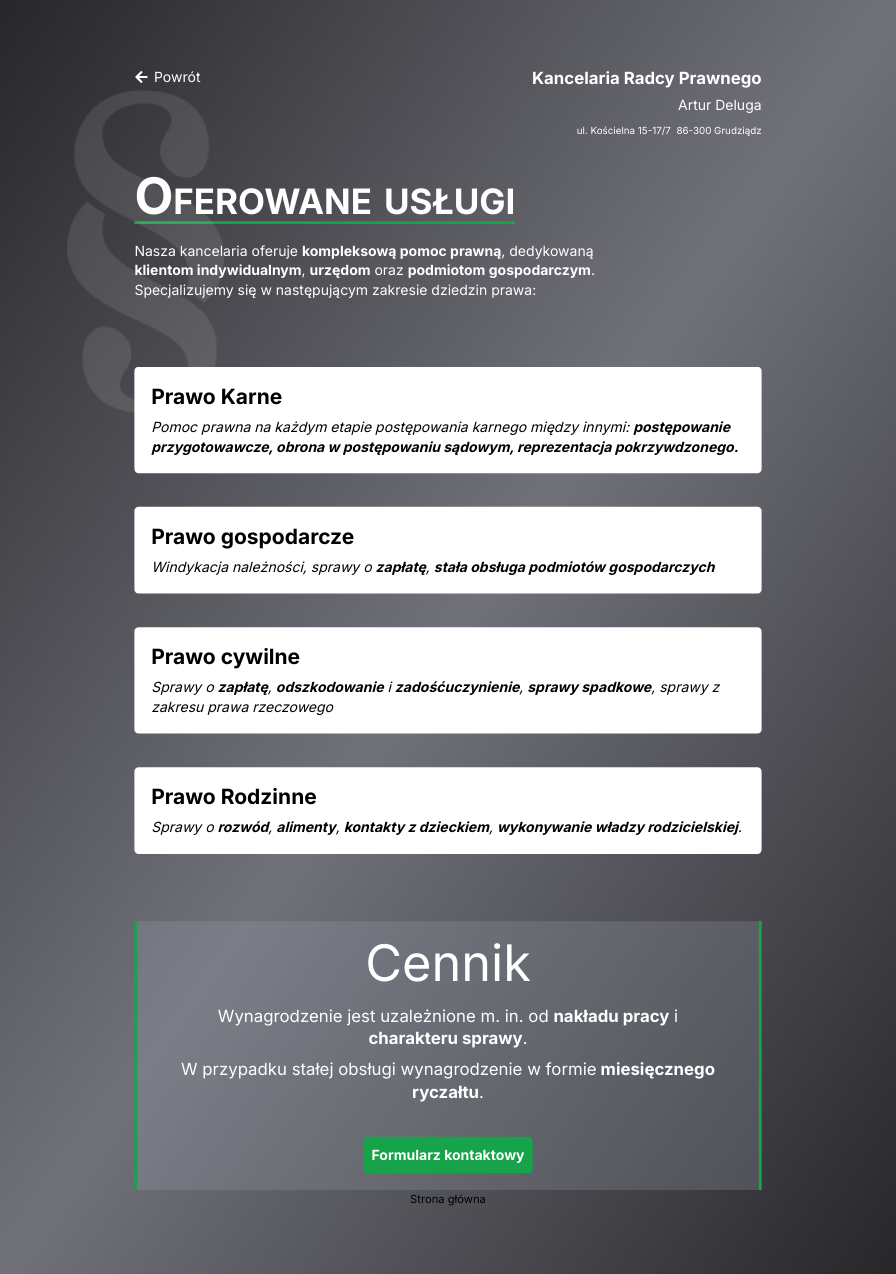
Repository: wesiudev/kancelaria-artur-deluga
Page: /oferta
The author's editor kept a copy of each file at every save. The page is drawn from the files as they stood at one save, then again after the next save.
The browser window is 1280 px wide. The pictures show the whole page, at 70% of full size.
The project was rebuilt for these pictures with package versions that can differ from the ones it lists, and the page was loaded fresh each time. The framework's server and built-in components were replaced by stand-ins that run in the browser. Also part of the build but not shown: next.config.js.

Above is the page before, as saved 2023-08-09 17:25:20.

### app/layout.tsx
import "./globals.css";
import type { Metadata } from "next";
import { Inter } from "next/font/google";

const inter = Inter({ subsets: ["latin"] });

export const metadata: Metadata = {
  title: "Kancelaria Radcy Prawnego Artur Deluga",
  description:
    "Kancelaria Radcy Prawnego Grudziądz Prawo Karne, Pracwo cywilne, Prawo gospodarcze, Prawo Rodzinne. ul. Kościelna 15-17/7 86-300 Grudziądz. Pomoc prawna na każdym etapie postępowania karnego (postępowanie przygotowawcze, obrona w postępowaniu sądowym, reprezentacja pokrzywdzonego, etc.)",
  viewport: "width=device-width, initial-scale=1",
  icons: {
    icon: "/favicon.png",
  },
};

export default function RootLayout({
  children,
}: {
  children: React.ReactNode;
}) {
  return (
    <html lang="pl" className="scroll-smooth ">
      <body className={inter.className}>{children}</body>
    </html>
  );
}

### app/oferta/page.tsx
"use client";
import Image from "next/image";
import paragraphImage from "@/app/assets/paragraph.png";
import Link from "next/link";
import { FaArrowLeft } from "react-icons/fa";
import { useState } from "react";
const sendContactForm = async (data: any) =>
  fetch("/api/mail", {
    method: "POST",
    body: JSON.stringify(data),
    headers: { "Content-Type": "application/json", Accept: "application/json" },
  }).then((res) => {
    if (!res.ok) throw new Error("Failed to send message");
    return res.json();
  });

export default function OfferMobile() {
  const [isContactOpen, setContactOpen] = useState(false);
  const [firstName, setFirstName] = useState<string>("");
  const [email, setEmail] = useState<string>("");
  const [message, setMessage] = useState<string>("");

  const onSubmit = async () => {
    try {
      await sendContactForm({
        firstName: firstName,
        email: email,
        message: message,
      });
    } catch (error) {}
  };
  return (
    <div className="w-full mx-auto z-[2000] bg-gradient-to-br from-zinc-800 via-zinc-500 to-zinc-800 overflow-x-hidden text-black">
      <Image
        src={paragraphImage}
        alt="Paragraf obrazek w tle"
        width={224}
        height={224}
        className="fixed opacity-10 left-[50%] -translate-x-[50%] lg:-translate-x-0 lg:left-24 top-[50%] -translate-y-[50%]"
      />
      <div className="flex flex-col space-x-[100px] min-h-screen items-center py-24">
        <div className="flex flex-col w-[85vw] lg:w-[70vw] 2xl:w-[60vw] min-h-screen justify-center ">
          <div className="flex flex-col justify-between w-full">
            <div className="flex flex-row justify-between">
              <div className="w-1/2">
                <Link
                  className="group flex flex-row items-center mb-12 text-xl w-max text-white"
                  href="/"
                >
                  <FaArrowLeft className="mr-2 " />
                  <span className="hover:underline hover:underline-offset-4">
                    {" "}
                    Powrót
                  </span>
                </Link>
              </div>
              <div className="text-white">
                <h1 className="text-xl lg:text-2xl text-right sm:text-left font-bold">
                  Kancelaria Radcy Prawnego
                </h1>
                <div className="w-full flex justify-end">
                  <h2 className="text-xl mb-12 lg:mb-0 mt-2">Artur Deluga</h2>
                </div>
                <div
                  className={` flex-row space-x-2 text-sm justify-end mt-3 mb-12 hidden lg:flex`}
                >
                  <div>ul. Kościelna 15-17/7</div>
                  <div>86-300 Grudziądz</div>
                </div>
              </div>
            </div>

            <div className=" rounded-2xl  text-white">
              <div className="w-max">
                <h1 className="w-max text-4xl md:text-5xl lg:text-7xl text-white caps font-bold">
                  Oferowane usługi
                </h1>
                <div className="h-1 w-full mb-6 bg-green-600" />
              </div>

              <h2 className="text-left text-xl w-full lg:w-3/4 ">
                Nasza kancelaria oferuje{" "}
                <span className="font-bold"> kompleksową pomoc prawną</span>,
                dedykowaną{" "}
                <span className="font-bold">klientom indywidualnym</span>,{" "}
                <span className="font-bold">urzędom</span> oraz{" "}
                <span className="font-bold">podmiotom gospodarczym</span>.
                Specjalizujemy się w następującym zakresie dziedzin prawa:
              </h2>
            </div>
          </div>
          <div className="relative text-black flex flex-col space-y-12 mt-24">
            <div className="max-h-[50vh] border-0 hover:scale-105 duration-300 hover:bg-opacity-100 cursor-default  rounded-md bg-white  flex flex-col p-6 justify-between">
              <h1 className="text-xl lg:text-3xl font-bold">Prawo Karne</h1>
              <p className="text-sm sm:text-xl mt-3 italic">
                Pomoc prawna na każdym etapie postępowania karnego między
                innymi:{" "}
                <span className="font-bold">
                  postępowanie przygotowawcze, obrona w postępowaniu sądowym,
                  reprezentacja pokrzywdzonego.
                </span>
              </p>
            </div>
            <div className="max-h-[50vh] border-0 hover:scale-105 duration-300 hover:bg-opacity-100 cursor-default  rounded-md bg-white  flex flex-col justify-between p-6">
              <h1 className="text-xl lg:text-3xl font-bold">
                Prawo gospodarcze
              </h1>
              <p className="text-sm sm:text-xl mt-3 italic">
                Windykacja należności, sprawy o{" "}
                <span className="font-bold">zapłatę</span>,{" "}
                <span className="font-bold">
                  stała obsługa podmiotów gospodarczych
                </span>
              </p>
            </div>

            <div className="max-h-[50vh] border-0 hover:scale-105 duration-300 hover:bg-opacity-100 cursor-default rounded-md bg-white  flex flex-col p-6 justify-between">
              <h1 className="text-xl lg:text-3xl font-bold">Prawo cywilne</h1>
              <p className="text-sm sm:text-xl mt-3 italic">
                Sprawy o <span className="font-bold">zapłatę</span>,{" "}
                <span className="font-bold">odszkodowanie</span> i{" "}
                <span className="font-bold">zadośćuczynienie</span>,{" "}
                <span className="font-bold">sprawy spadkowe</span>, sprawy z
                zakresu prawa rzeczowego
              </p>
            </div>
            <div className="max-h-[50vh] border-0 hover:scale-105 duration-300 hover:bg-opacity-100 cursor-default rounded-md  bg-white  flex flex-col p-6 justify-between">
              <h1 className="text-xl lg:text-3xl font-bold">Prawo Rodzinne</h1>
              <p className="text-sm sm:text-xl mt-3 italic">
                Sprawy o <span className="font-bold">rozwód</span>,{" "}
                <span className="font-bold">alimenty</span>,{" "}
                <span className="font-bold">kontakty z dzieckiem</span>,{" "}
                <span className="font-bold">
                  wykonywanie władzy rodzicielskiej
                </span>
                .
              </p>
            </div>
          </div>
          <div className="text-white flex flex-col h-max my-auto px-3 lg:px-12  text-center relative w-full mt-12  lg:mx-auto lg:mt-24 border-l-4 border-r-4 border-green-600 py-3 lg:py-6 bg-gray-400 bg-opacity-25">
            <h1 className="text-5xl lg:text-7xl ">Cennik</h1>
            <p className="mt-6 text-base lg:text-2xl">
              Wynagrodzenie jest uzależnione m. in. od{" "}
              <span className="font-bold"> nakładu pracy</span> i{" "}
              <span className="font-bold">charakteru sprawy</span>.
            </p>
            <p className="mt-3 text-sm lg:text-2xl">
              W przypadku stałej obsługi wynagrodzenie w formie
              <span className="font-bold"> miesięcznego ryczałtu</span>.
            </p>
            <button
              onClick={() => setContactOpen(true)}
              className=" p-3 bg-green-600 hover:bg-green-500 duration-300 mt-12 w-max mx-auto  text-xl text-white font-bold rounded-md"
            >
              Formularz kontaktowy
            </button>
          </div>
          <div
            className={`bg-gray-400 rounded-full flex-row space-x-2 text-sm justify-center mt-24 flex lg:hidden z-[1000]`}
          >
            <div>ul. Kościelna 15-17/7</div>
            <div>86-300 Grudziądz</div>
          </div>
          <Link href="/" className="mx-auto w-max">
            Strona główna
          </Link>
        </div>
      </div>
      <div
        className={`w-[80vw] fixed left-[50%] -translate-x-[50%] top-[50%] -translate-y-[50%] bg-gradient-to-bl from-black to-zinc-800 lg:w-max h-max px-12 rounded-3xl py-6 duration-300 ${
          isContactOpen ? "z-[2000] opacity-100" : "z-[-1000] opacity-0"
        }`}
      >
        <h1 className="text-3xl text-center">Kontakt</h1>

        <div className="flex flex-col space-y-3 mt-6 lg:mt-12">
          <div className="flex flex-col lg:flex-row lg:space-x-3">
            <div className="flex flex-col">
              Imię{" "}
              <input
                onChange={(e) => setFirstName(e.target.value)}
                value={firstName}
                id="fName"
                type="text"
                className="mt-2 text-black"
              />
            </div>
            <div className="flex flex-col mt-3 lg:mt-0">
              Email{" "}
              <input
                onChange={(e) => setEmail(e.target.value)}
                value={email}
                type="text"
                className="mt-2 text-black"
              />
            </div>
          </div>
          <div className="flex flex-col mt-2">
            Treść{" "}
            <textarea
              onChange={(e) => setMessage(e.target.value)}
              value={message}
              className="h-full resize-none text-black"
            ></textarea>
          </div>
        </div>
        <div className="w-full flex space-x-3">
          <button
            onClick={() => setContactOpen(false)}
            className="w-1/2 hover:underline py-2 mt-8"
          >
            Powrót
          </button>
          <button
            onClick={onSubmit}
            className="w-1/2 bg-purple-400 hover:bg-purple-300 duration-300 py-2 mt-8"
          >
            Wyślij
          </button>
        </div>
      </div>
    </div>
  );
}

### app/globals.css
@tailwind base;
@tailwind components;
@tailwind utilities;

:root {
  --foreground-rgb: 0, 0, 0;
  --background-start-rgb: 214, 219, 220;
  --background-end-rgb: 255, 255, 255;
}

@media (prefers-color-scheme: dark) {
  :root {
    --foreground-rgb: 255, 255, 255;
    --background-start-rgb: 0, 0, 0;
    --background-end-rgb: 0, 0, 0;
  }
}

body {
  color: rgb(var(--foreground-rgb));
  background: linear-gradient(
      to bottom,
      transparent,
      rgb(var(--background-end-rgb))
    )
    rgb(var(--background-start-rgb));
}

.expand {
  position: relative;
  text-decoration: none;
  display: inline-block;
}
.expand:after {
  display: block;
  content: "";
  border-bottom: solid 3px white;
  transform: scaleX(0);
  transition: transform 250ms ease-in-out;
  transform-origin: 100% 50%;
}
.expand:hover:after {
  transform: scaleX(1);
  transform-origin: 0 50%;
}

.caps {
  font-variant: small-caps;
}
html {
  scroll-behavior: smooth;
  color: #1a1a1a;
}

Loaded but not shown: tailwind.config.js (common file)

After the next save:
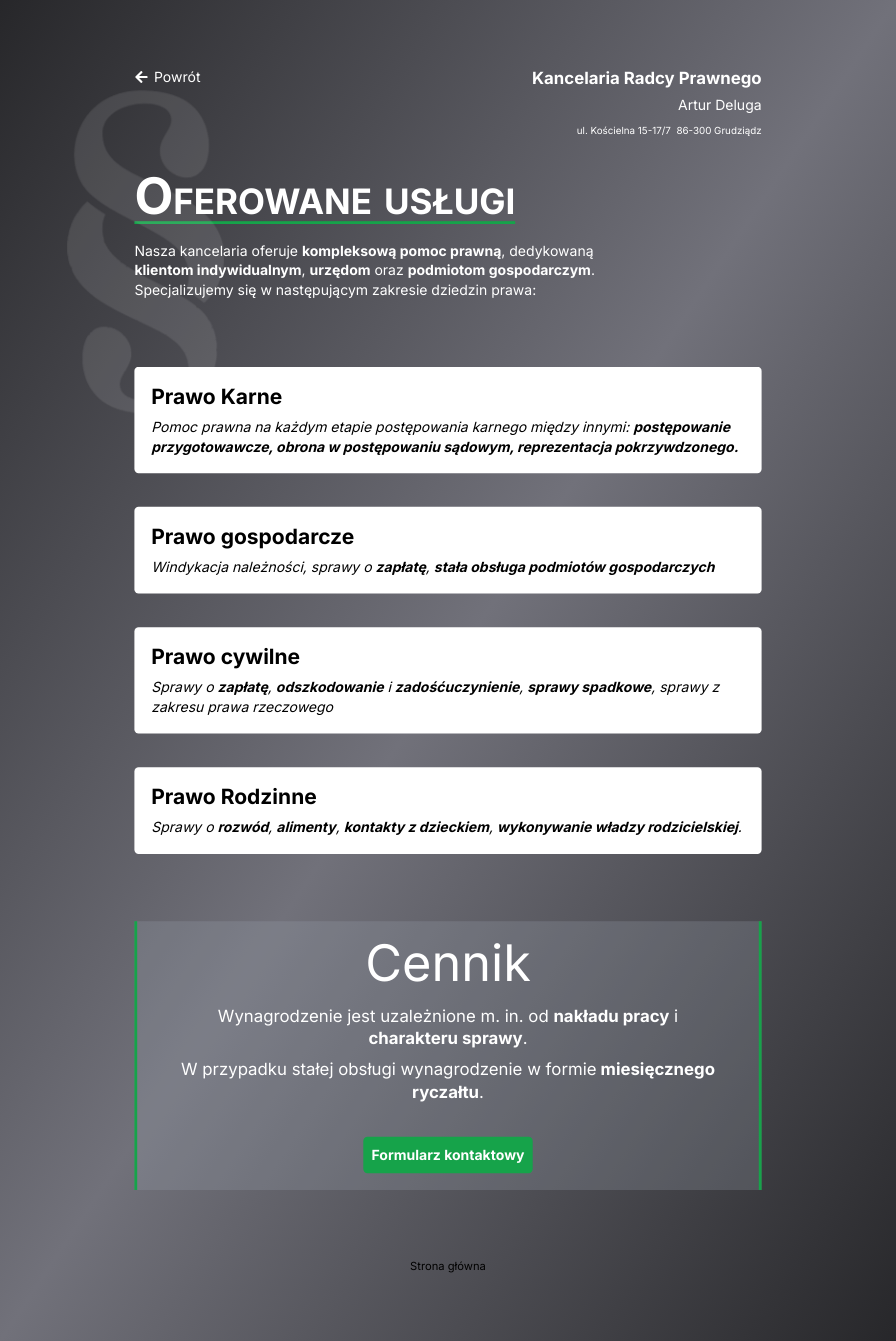
Saved 7 s later.
--- a/app/oferta/page.tsx
+++ b/app/oferta/page.tsx
@@ -161,7 +161,7 @@ export default function OfferMobile() {
             <div>ul. Kościelna 15-17/7</div>
             <div>86-300 Grudziądz</div>
           </div>
-          <Link href="/" className="mx-auto w-max">
+          <Link href="/" className="mx-auto w-max mt-24">
             Strona główna
           </Link>
         </div>
